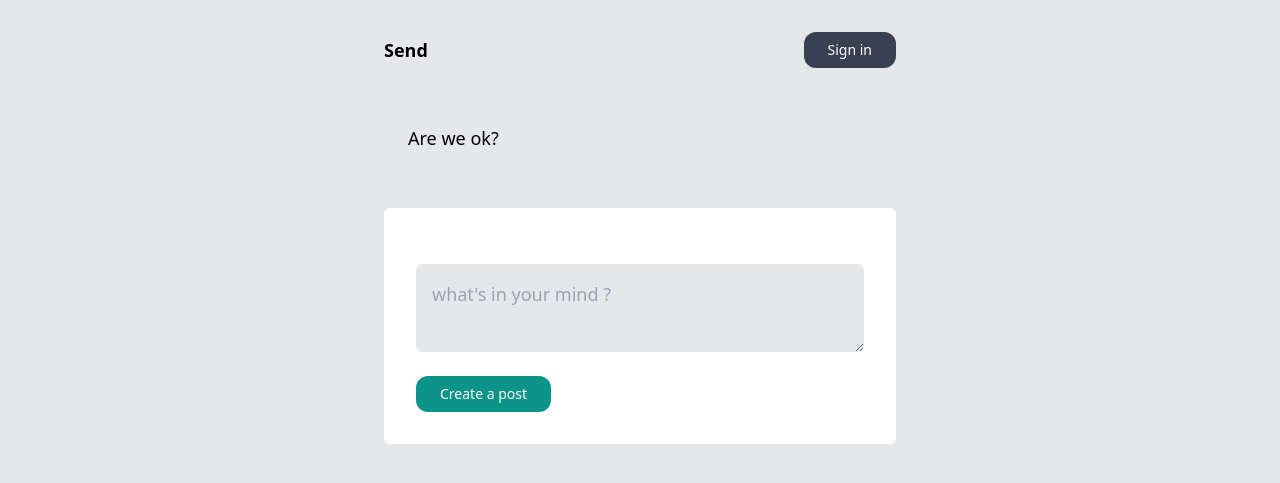
Repository: fatemesoleymanian/react
Page: / (app in next--experimental/postit/)
An editor plug-in stored every save of this project. The page is shown before and after the next save, followed by the edit.
The browser window is 1280 px wide. The pictures show the whole page.
The page's requests for data from a server got no answer. The project was rebuilt for these pictures with package versions that can differ from the ones it lists, and the page was loaded fresh each time. The framework's server and built-in components were replaced by stand-ins that run in the browser. No one was signed in, and anything a server would have sent is missing. Also part of the build but not shown: next--experimental/postit/next.config.js, next--experimental/postit/app/components/auth/Logged.tsx.

Above is the page before, as saved 2023-02-26 15:58:26.

### next--experimental/postit/app/layout.jsx
// change this page postfix to .jsx because it fixs the importing Nav component tha was asyn

import Nav from './components/auth/Nav'
import './globals.css'
import {Roboto} from 'next/font/google';

const roboto = Roboto({
  subsets : ['latin'],
  weight : ["400" , "700"],
  variable : "--font-roboto",
})

export const metadata = {
  title: 'Full stack app',
  description: 'Developed by Honeloper',
}

export default function RootLayout({
  children,
}) {
  return (
    <html lang="en">
      <body className={`mx-4 md:mx-48 xl:mx-96 ${roboto.variable} bg-gray-200`}>
        <Nav />
        {children}
        </body>
    </html>
  )
}

### next--experimental/postit/app/page.tsx
'use client';
import CreatePost from "./components/AddPost";

export default function Home() {
  return (
    <main>
      <h1 className="text-lg p-6">Are we ok?</h1>
      <CreatePost />
    </main>
  )
}

### next--experimental/postit/app/components/auth/Nav.tsx
import Link from "next/link";
import Login from "./Login";
import { getServerSession } from "next-auth/next";
import { authOptions } from "../../../pages/api/auth/[...nextauth]";
import Logged from "./Logged";

export default async function Nav(){
const session = await getServerSession(authOptions);
console.log(session)

    return(
        <nav className="flex justify-between items-center py-8 ">
            <Link href={'/'}>
                <h1 className="font-bold text-lg">Send</h1>
            </Link>
            <ul className="flex items-center gap-6">
                {!session?.user && <Login />}
                {session?.user && <div><p className="text-sm">Hi {session.user.name}!</p><Logged image={session.user?.image || ""} /> </div>}
            </ul>
        </nav>
    )
}

### next--experimental/postit/app/globals.css
@tailwind base;
@tailwind components;
@tailwind utilities;

:root {
  --max-width: 1100px;
  --border-radius: 12px;
  --font-mono: ui-monospace, Menlo, Monaco, 'Cascadia Mono', 'Segoe UI Mono',
    'Roboto Mono', 'Oxygen Mono', 'Ubuntu Monospace', 'Source Code Pro',
    'Fira Mono', 'Droid Sans Mono', 'Courier New', monospace;

  --foreground-rgb: 0, 0, 0;
  --background-start-rgb: 214, 219, 220;
  --background-end-rgb: 255, 255, 255;

  --primary-glow: conic-gradient(
    from 180deg at 50% 50%,
    #16abff33 0deg,
    #0885ff33 55deg,
    #54d6ff33 120deg,
    #0071ff33 160deg,
    transparent 360deg
  );
  --secondary-glow: radial-gradient(
    rgba(255, 255, 255, 1),
    rgba(255, 255, 255, 0)
  );

  --tile-start-rgb: 239, 245, 249;
  --tile-end-rgb: 228, 232, 233;
  --tile-border: conic-gradient(
    #00000080,
    #00000040,
    #00000030,
    #00000020,
    #00000010,
    #00000010,
    #00000080
  );

  --callout-rgb: 238, 240, 241;
  --callout-border-rgb: 172, 175, 176;
  --card-rgb: 180, 185, 188;
  --card-border-rgb: 131, 134, 135;
}

@media (prefers-color-scheme: dark) {
  :root {
    --foreground-rgb: 255, 255, 255;
    --background-start-rgb: 0, 0, 0;
    --background-end-rgb: 0, 0, 0;

    --primary-glow: radial-gradient(rgba(1, 65, 255, 0.4), rgba(1, 65, 255, 0));
    --secondary-glow: linear-gradient(
      to bottom right,
      rgba(1, 65, 255, 0),
      rgba(1, 65, 255, 0),
      rgba(1, 65, 255, 0.3)
    );

    --tile-start-rgb: 2, 13, 46;
    --tile-end-rgb: 2, 5, 19;
    --tile-border: conic-gradient(
      #ffffff80,
      #ffffff40,
      #ffffff30,
      #ffffff20,
      #ffffff10,
      #ffffff10,
      #ffffff80
    );

    --callout-rgb: 20, 20, 20;
    --callout-border-rgb: 108, 108, 108;
    --card-rgb: 100, 100, 100;
    --card-border-rgb: 200, 200, 200;
  }
}

* {
  box-sizing: border-box;
  padding: 0;
  margin: 0;
}

html,
body {
  max-width: 100vw;
  overflow-x: hidden;
}

body {
  color: black;
}

a {
  color: inherit;
  text-decoration: none;
}

@media (prefers-color-scheme: dark) {

}

### next--experimental/postit/app/components/AddPost.tsx
'use client';

import { useState } from "react";

export default function CreatePost(){
    const [title , setTitle] = useState('');
    const [isDisabled , setIsDisabled] = useState(false);
    return(
        <form className="bg-white my-8 p-8 rounded-md">
            <div className="flex flex-col my-4">
                <textarea name="title " id="title"
                value={title}
                onChange={(e)=> setTitle(e.target.value) }
                placeholder="what's in your mind ? "
                className="p-4 text-lg rounded-md my-2 bg-gray-200">
                </textarea>
            </div>
            <div>
                <button disabled={isDisabled}
                className="text-sm bg-teal-600 text-white py-2 px-6 rounded-xl disabled:opacity-25"
                type="submit">
                    Create a post
                    </button>
            </div>
        </form>
    )
}

### next--experimental/postit/app/components/auth/Login.tsx
'use client';

import { signIn } from "next-auth/react";

export default function Login(){
    return(
        <li className="list-none">
            <button className="text-sm bg-gray-700 text-white py-2 px-6 rounded-xl disabled:opacity-25"
             onClick={()=> signIn()}>Sign in</button>
        </li>
    )
}

### next--experimental/postit/pages/api/auth/[...nextauth].js
import NextAuth from "next-auth"
import GoogleProvider from "next-auth/providers/google"
import { PrismaAdapter } from "@next-auth/prisma-adapter"
import prisma from "../../../prisma/client"

export const authOptions = {
    adapter: PrismaAdapter(prisma),
    providers: [
      GoogleProvider({
        clientId: process.env.GOOGLE_CLIENT_ID,
        clientSecret: process.env.GOOGLE_CLIENT_SECRET,
      }),
    ],
  }

  export default NextAuth(authOptions)

### next--experimental/postit/prisma/client.ts
import { PrismaClient } from '@prisma/client';

const client = globalThis.prisma || new PrismaClient()
if(process.env.NODE_ENV !== "production") globalThis.prisma = client

export default client

### next--experimental/postit/tailwind.config.js
/** @type {import('tailwindcss').Config} */
module.exports = {
  content: [
    "./app/**/*.{js,ts,jsx,tsx}",
    "./pages/**/*.{js,ts,jsx,tsx}",
    "./components/**/*.{js,ts,jsx,tsx}",
  ],
  theme: {
    extend: {
      fontFamily:{
        roboto:["var(--font-roboto)"]
      },
    },
  },
  plugins: [],
}

After the next save:
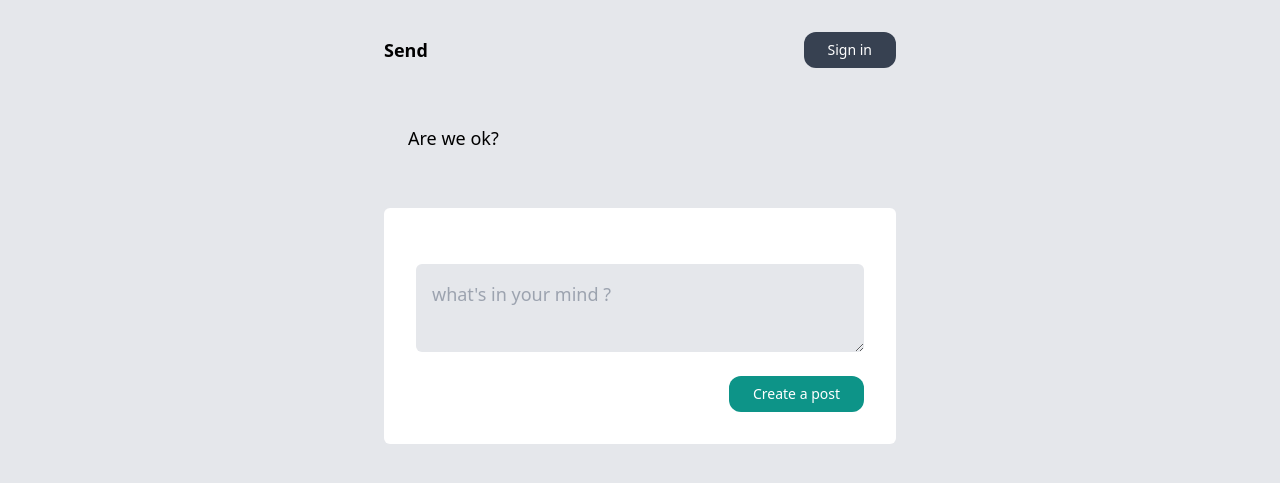
Saved 2 min 8 s later.
--- a/next--experimental/postit/app/components/AddPost.tsx
+++ b/next--experimental/postit/app/components/AddPost.tsx
@@ -15,7 +15,8 @@ export default function CreatePost(){
                 className="p-4 text-lg rounded-md my-2 bg-gray-200">
                 </textarea>
             </div>
-            <div>
+            <div className="flex items-center justify-between gap-2">
+                <p className={` `}></p>
                 <button disabled={isDisabled}
                 className="text-sm bg-teal-600 text-white py-2 px-6 rounded-xl disabled:opacity-25"
                 type="submit">
